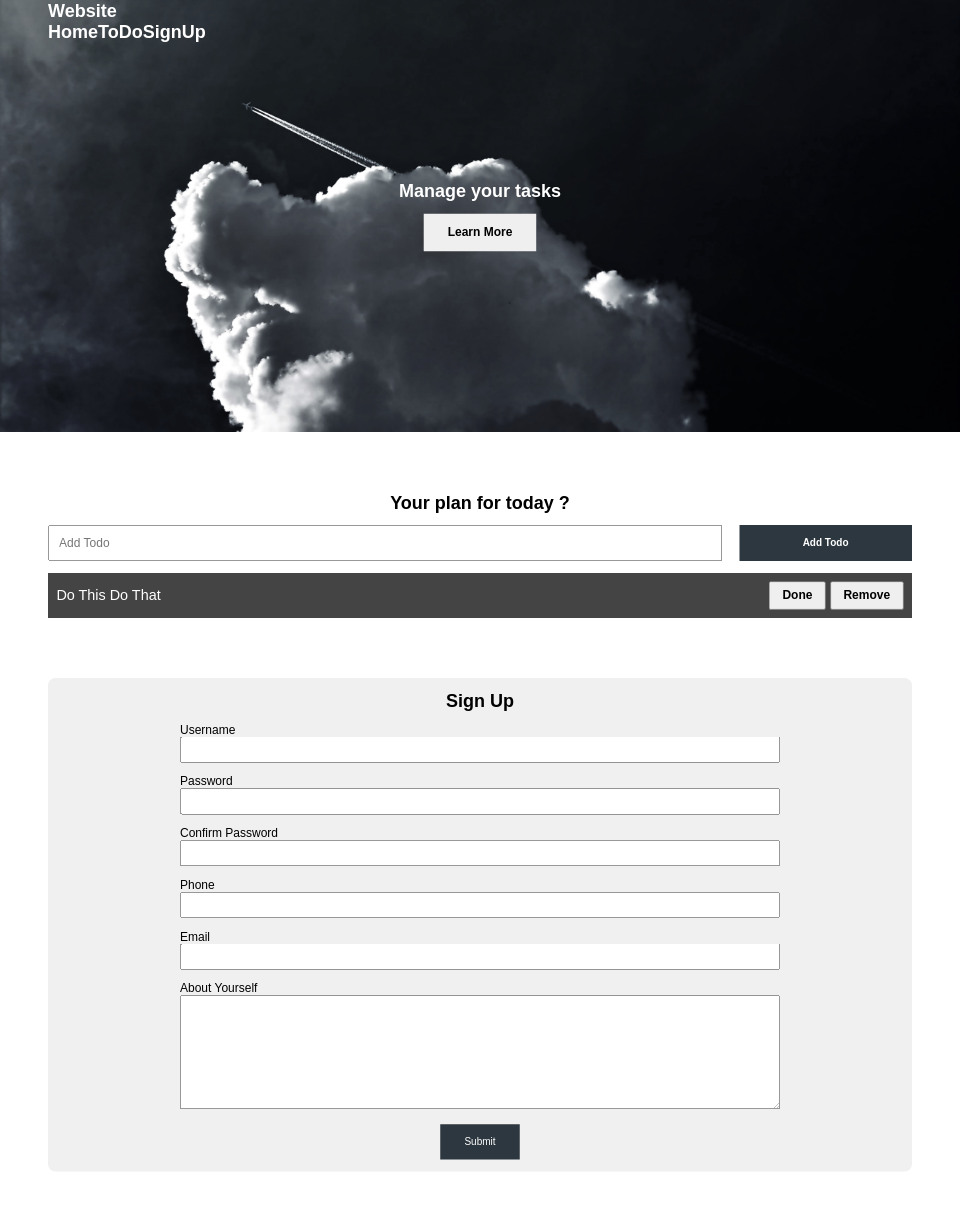
Repository: codewithfaizan/JavaScriptSelf
Page: 27.08.2022/index.html
These files come from the project's save history. The page is drawn as it stood at one moment and after the next save; the edit follows.
The browser window is 1280 px wide. The pictures show the whole page, at 75% of full size.

Above is the page before, as saved 2022-08-27 17:04:33.

After the next save:
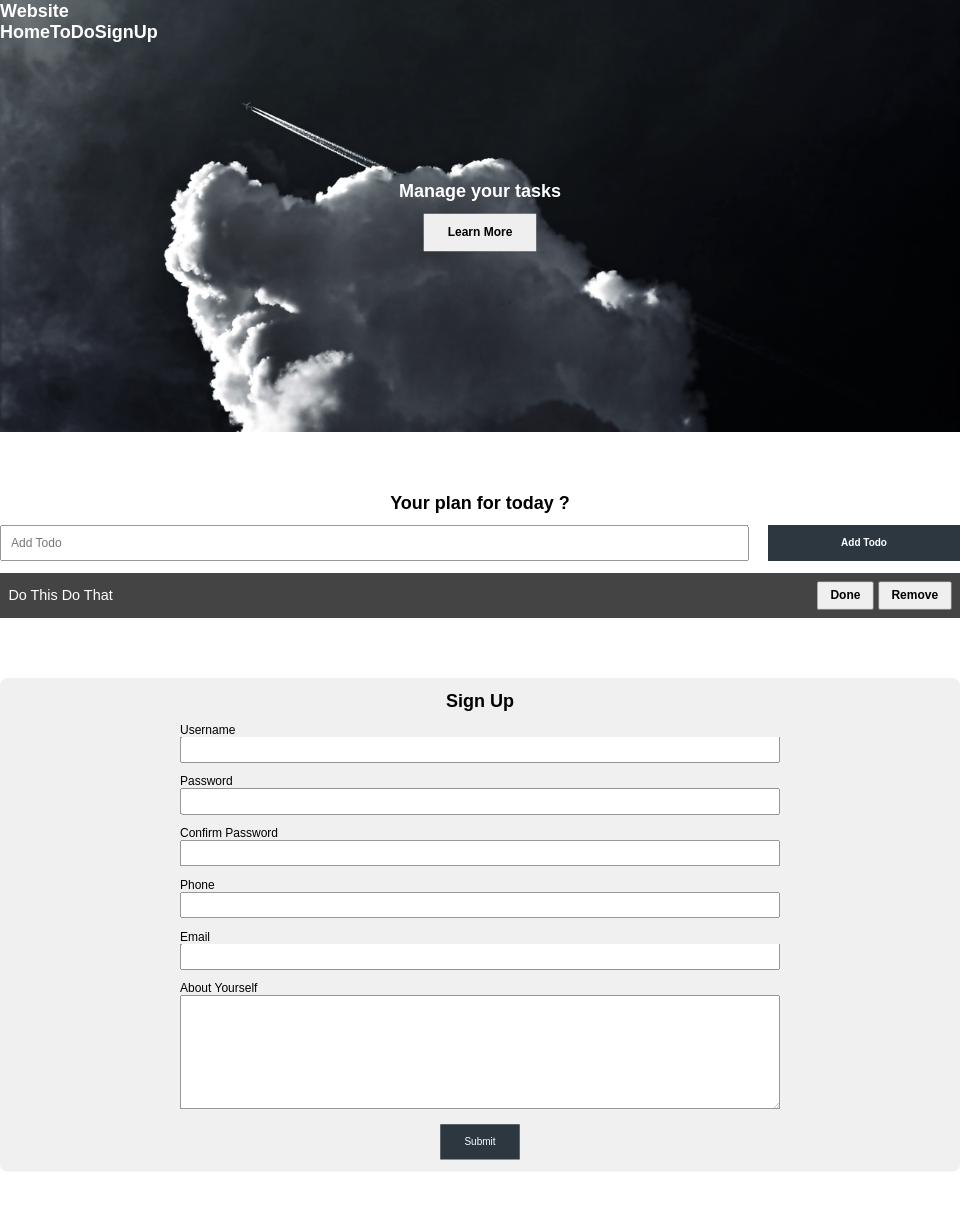
Saved 10 s later.
--- a/27.08.2022/style.css
+++ b/27.08.2022/style.css
@@ -23,6 +23,7 @@
     color: white;
 }
 
+.b
 .container{
     max-width: 1200px;
     margin: auto;

After the save that followed:
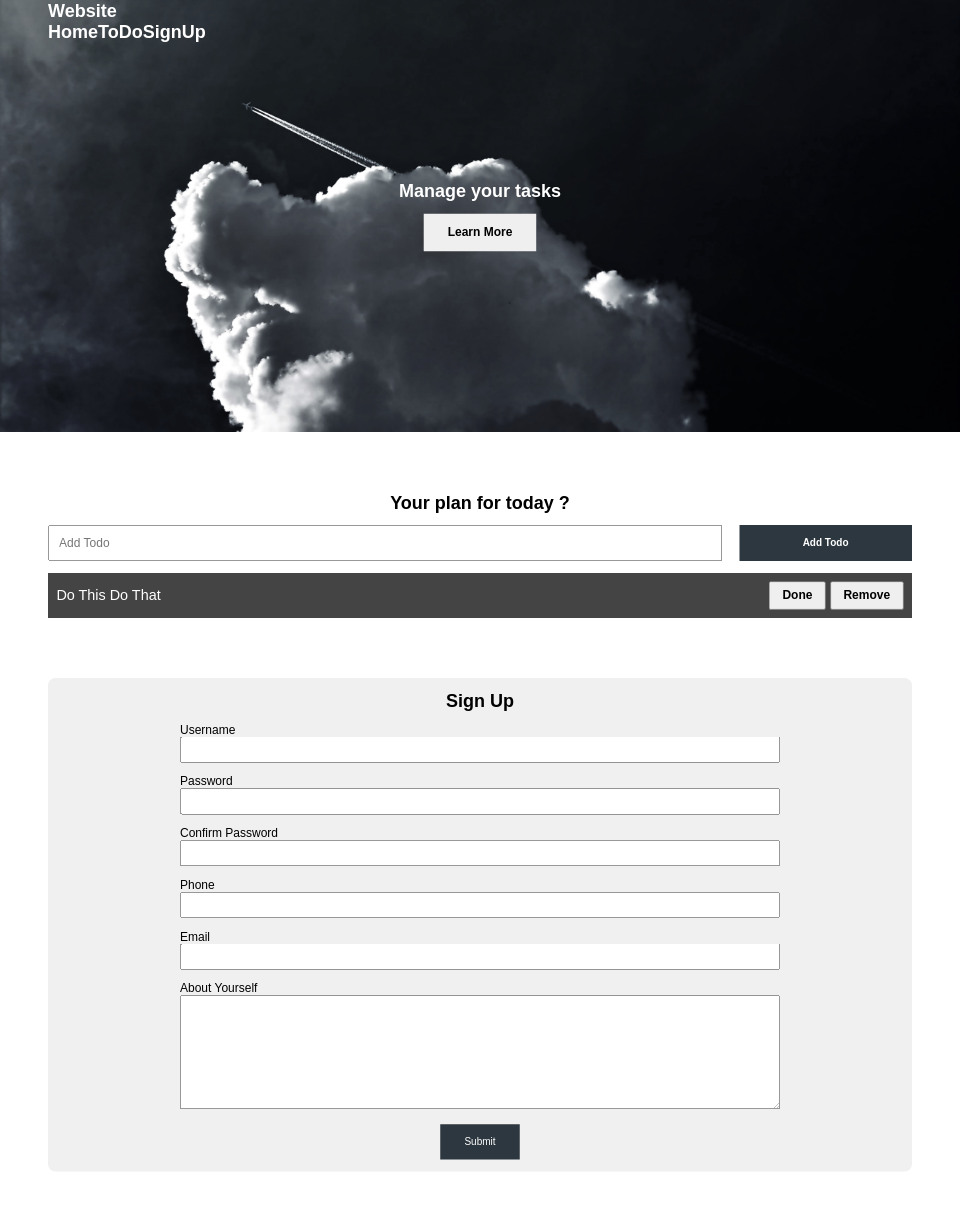
Saved 5 s later.
--- a/27.08.2022/style.css
+++ b/27.08.2022/style.css
@@ -23,7 +23,9 @@
     color: white;
 }
 
-.b
+.bg-dark{
+
+}
 .container{
     max-width: 1200px;
     margin: auto;
